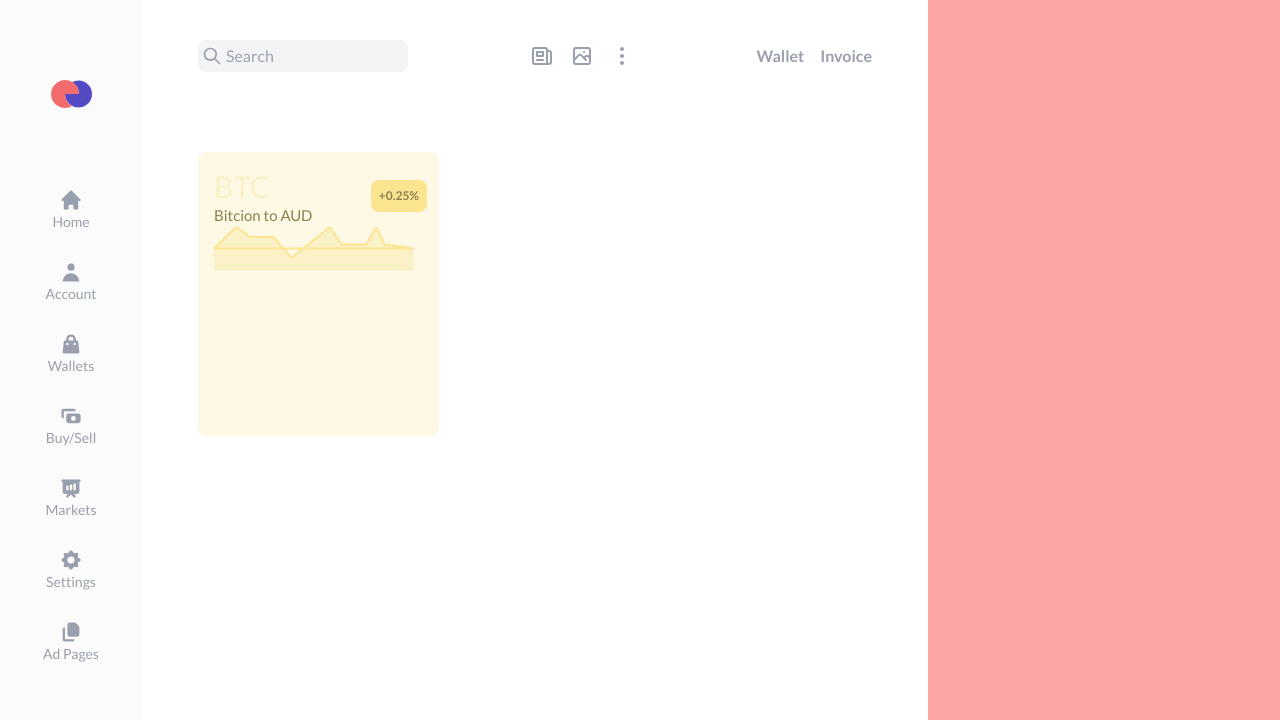
Repository: almaqdad55/crypto-app-nextjs
Page: /
The author's editor kept a copy of each file at every save. The page is drawn from the files as they stood at one save, then again after the next save.
The browser window is 1280 px wide. The pictures show the whole page.
The project was rebuilt for these pictures with package versions that can differ from the ones it lists, and the page was loaded fresh each time. The framework's server and built-in components were replaced by stand-ins that run in the browser.

Above is the page before, as saved 2022-01-04 20:54:05.

After the next save:
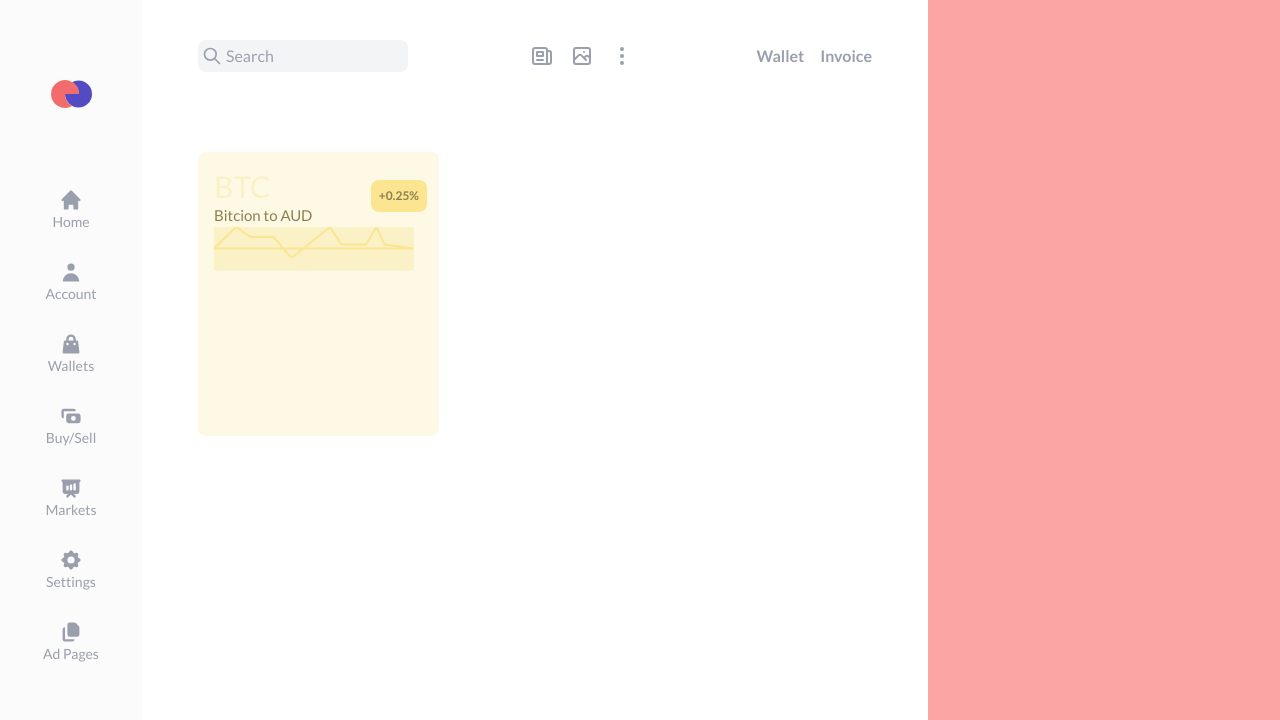
Saved 20 s later.
--- a/components/Card.jsx
+++ b/components/Card.jsx
@@ -6,7 +6,7 @@ const Card = () => {
       </div>
       <h1 className="text-3xl text-[#FAF1C7]">BTC</h1>
       <p className="text-[15px]">Bitcion to AUD</p>
-      <img src="/btc-chart.svg" alt="" className="absolute bg" />
+      <img src="/btc-chart.svg" alt="" className="absolute bg-[#FAF1C7]" />
       <img src="/bg-btc.svg" alt="" />
     </div>
   );
